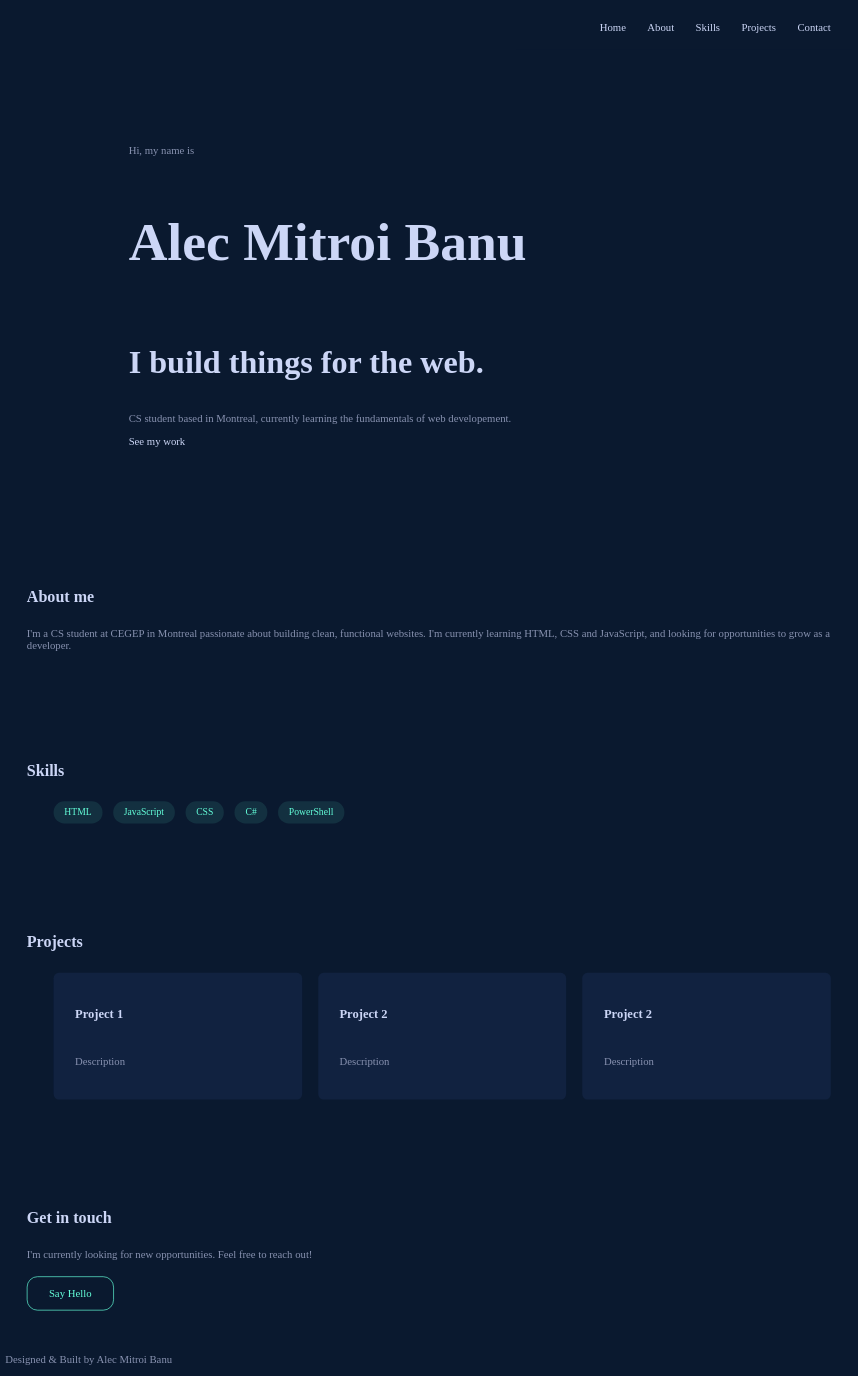
Repository: Alec-Banu/Alec-Banu
Page: index.html
An editor plug-in stored every save of this project. The page is shown before and after the next save, followed by the edit.
The browser window is 1280 px wide. The pictures show the whole page, at 67% of full size.

Above is the page before, as saved 2026-05-08 15:29:04.

### index.html
<!doctype html>
<html lang="en">
  <head>
    <meta charset="UTF-8" />
    <meta name="viewport" content="width=device-width, initial-scale=1.0" />
    <title>Alec Mitroi Banu</title>
    <link rel="stylesheet" href="./styles/globals.css" />
    <link rel="stylesheet" href="./styles/index.css" />
  </head>
  <body>
    <!-- Nav  -->
    <header>
      <nav>
        <a href="#hero">Home</a>
        <a href="#about">About</a>
        <a href="#skills">Skills</a>
        <a href="#projects">Projects</a>
        <a href="#contact">Contact</a>
      </nav>
    </header>

    <!-- Hero  -->

    <main>
      <section id="hero">
        <p>Hi, my name is</p>
        <h1>Alec Mitroi Banu</h1>
        <h2>I build things for the web.</h2>
        <p>
          CS student based in Montreal, currently learning the fundamentals of
          web developement.
        </p>
        <a href="#projects">See my work</a>
      </section>

      <!-- About  -->
      <section id="about">
        <h2>About me</h2>
        <p>
          I'm a CS student at CEGEP in Montreal passionate about building clean,
          functional websites. I'm currently learning HTML, CSS and JavaScript,
          and looking for opportunities to grow as a developer.
        </p>
      </section>

      <!-- Skills  -->
      <section id="skills">
        <h2>Skills</h2>
        <ul>
          <li>HTML</li>
          <li>JavaScript</li>
          <li>CSS</li>
          <li>C#</li>
          <li>PowerShell</li>
        </ul>
      </section>

      <!-- Projects -->
      <section id="projects">
        <h2>Projects</h2>
        <ul class="cards">
          <li>
            <article class="project-card">
              <h3><a href="./pages/project1.html">Project 1</a></h3>
              <p>Description</p>
            </article>
          </li>
          <li>
            <article class="project-card">
              <h3><a href="./pages/project2.html">Project 2</a></h3>
              <p>Description</p>
            </article>
          </li>
          <li>
            <article class="project-card">
              <h3><a href="./pages/project2.html">Project 2</a></h3>
              <p>Description</p>
            </article>
          </li>
        </ul>
      </section>

      <!-- Contact -->
      <section id="contact">
        <h2>Get in touch</h2>
        <p>
          I'm currently looking for new opportunities. Feel free to reach out!
        </p>
        <a href="mailto:alecbanu@yahoo.com">Say Hello</a>
      </section>
    </main>
    <footer>
      <p>Designed & Built by Alec Mitroi Banu</p>
    </footer>
  </body>
</html>

### styles/globals.css
body {
  background-color: #0a192f;
}
h1 {
  font-size: 2rem;
  color: #ccd6f6;
}
h2 {
  font-size: 1.5rem;
  color: #8892b0;
}
p {
  color: #8892b0;
  margin: 1rem 0;
}

a {
  text-decoration: none;
  color: #ccd6f6;
}
a:hover,
a h3:hover {
  color: #64ffda;
  /* border: 0.1rem solid #64ffda;
  border-radius: 1rem;
  background-color: #64ffda1a;
  padding: 0.5rem 1rem;
  border-radius: 1rem; */
}

### styles/index.css
/* NAVIGATION ****************************/

nav {
  display: flex;
  flex-wrap: wrap;
  gap: 1rem;
  padding: 1rem 1.5rem;
  justify-content: center;
  background-color: #0a192f;
}

header {
  position: sticky;
  top: 0;
  right: 0;
}

/* CONTENT ****************************/

#hero {
  min-height: 100vh;
  display: flex;
  flex-direction: column;
  justify-content: center;
  padding: 0 2rem;
  max-width: 56rem;
  margin: 0 auto;
}

section {
  padding: 4rem 2rem;

  h2 {
    font-size: 1.5rem;
    margin-bottom: 2rem;
    color: #ccd6f6;
  }
}

#skills {
  ul {
    display: flex;
    flex-wrap: wrap;
    gap: 1rem;
  }
  li {
    background-color: #64ffda1a;
    color: #64ffda;
    padding: 0.5rem 1rem;
    border-radius: 1rem;
    font-size: 0.9rem;
    list-style: none;
  }
}

#projects {
  .cards {
    display: grid;
    grid-template-columns: 1fr;
    gap: 1.5rem;
    list-style: none;
  }
  .project-card{
    background-color: #112240;
    padding: 2rem;
    border-radius: 0.5rem;
    display: flex;
    flex-direction: column;
    gap: 1rem;

    h3 {
      color: #ccd6f6;
    }
    p {
      color: #8892b0;
    }
  }
  .project-card:hover{
    border: 0.1rem solid #64ffda;
    background-color: #64ffda1a;
  }
}

#contact {
  a {
    border: 0.1rem solid #64ffda;
    color: #64ffda;
    padding: 1rem 2rem;
    border-radius: 1rem;
  }
  a:hover {
    background-color: #64ffda1a;
  }
  p {
    margin-bottom: 2.5rem;
  }
}

/* Tablet */

@media (min-width: 768px) {
  #hero h1 {
    font-size: 3.5rem;
  }
  #hero h2 {
    font-size: 2.5rem;
  }
  #projects .cards {
    grid-template-columns: 1fr 1fr;
  }
  nav {
    gap: 2rem;
    padding: 1.5rem 2rem;
    justify-content: flex-end;
  }
}

/* Desktop */

@media (min-width: 1024px) {
  #hero h1 {
    font-size: 5rem;
  }
  #hero h2 {
    font-size: 3rem;
  }
  #projects .cards {
    grid-template-columns: 1fr 1fr 1fr;
  }
}

After the next save:
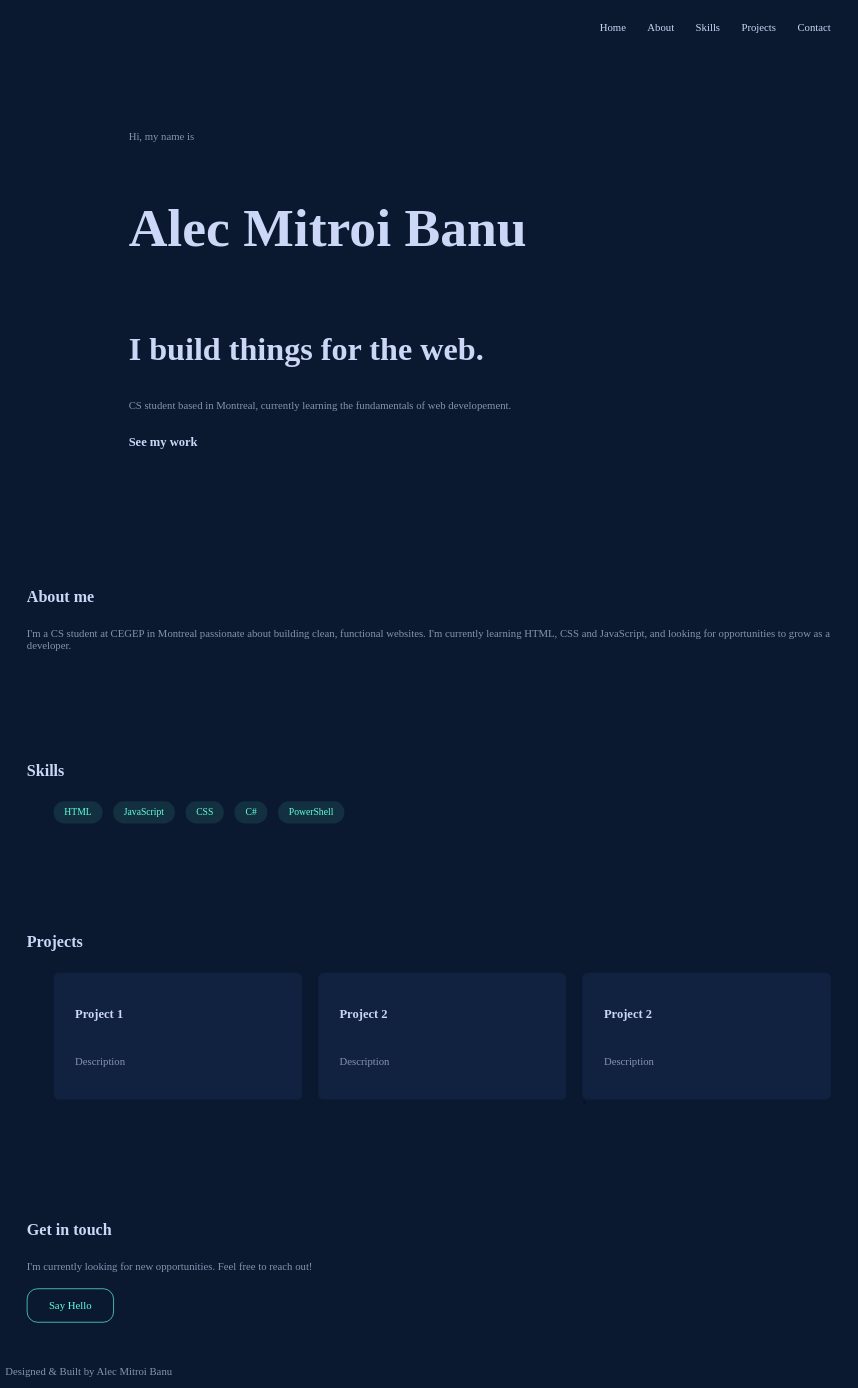
Saved 4 min 51 s later.
--- a/index.html
+++ b/index.html
@@ -30,7 +30,7 @@
           CS student based in Montreal, currently learning the fundamentals of
           web developement.
         </p>
-        <a href="#projects">See my work</a>
+        <h3><a href="#projects">See my work</a></h3>
       </section>
 
       <!-- About  -->
@@ -75,7 +75,7 @@
             <article class="project-card">
               <h3><a href="./pages/project2.html">Project 2</a></h3>
               <p>Description</p>
-            </article>
+            </article>`
           </li>
         </ul>
       </section>
